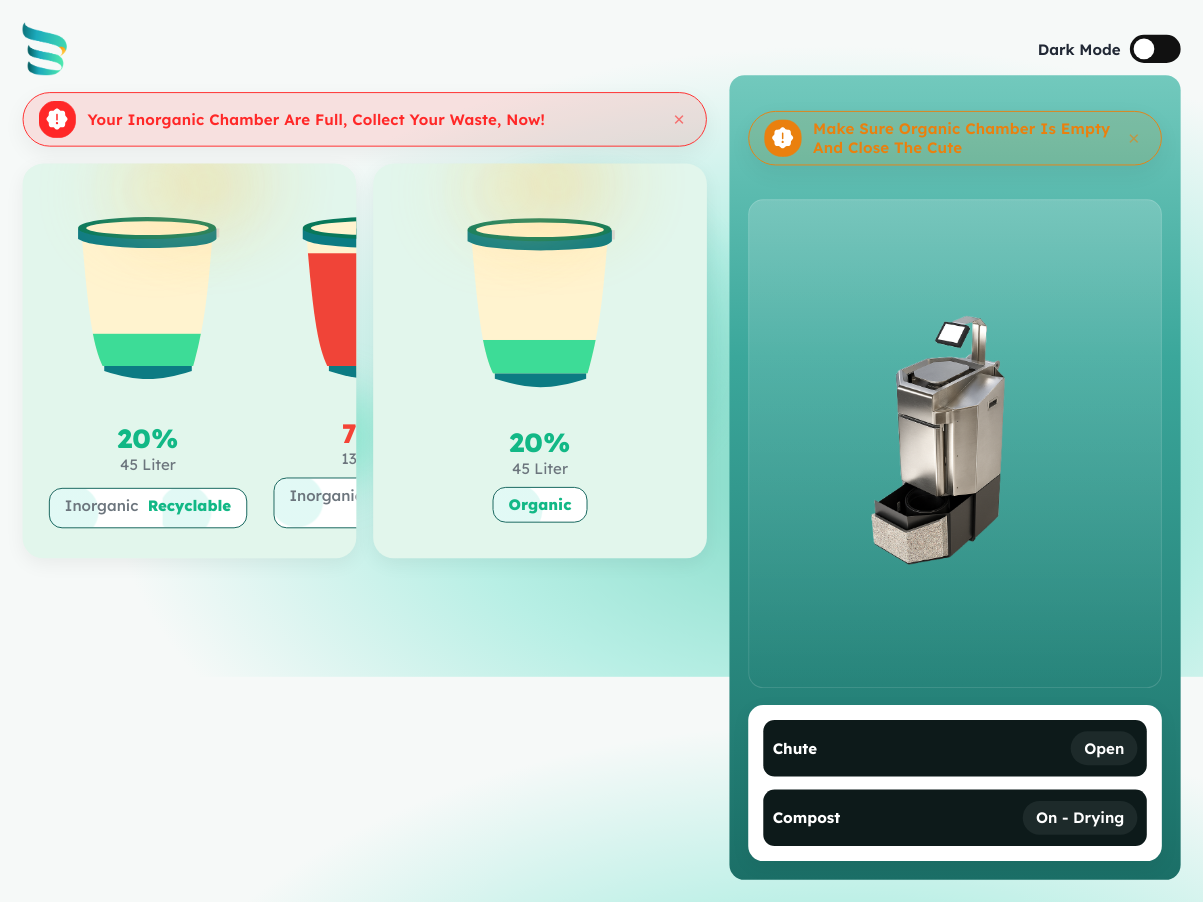
Repository: william-saputra/nusabin
Page: pages/homepage.html
An editor plug-in stored every save of this project. The page is shown before and after the next save, followed by the edit.
The browser window is 1280 px wide. The pictures show the whole page, at 94% of full size.
Backgrounds fixed to the window are drawn as part of the page.

Above is the page before, as saved 2025-08-12 23:27:22.

After the next save:
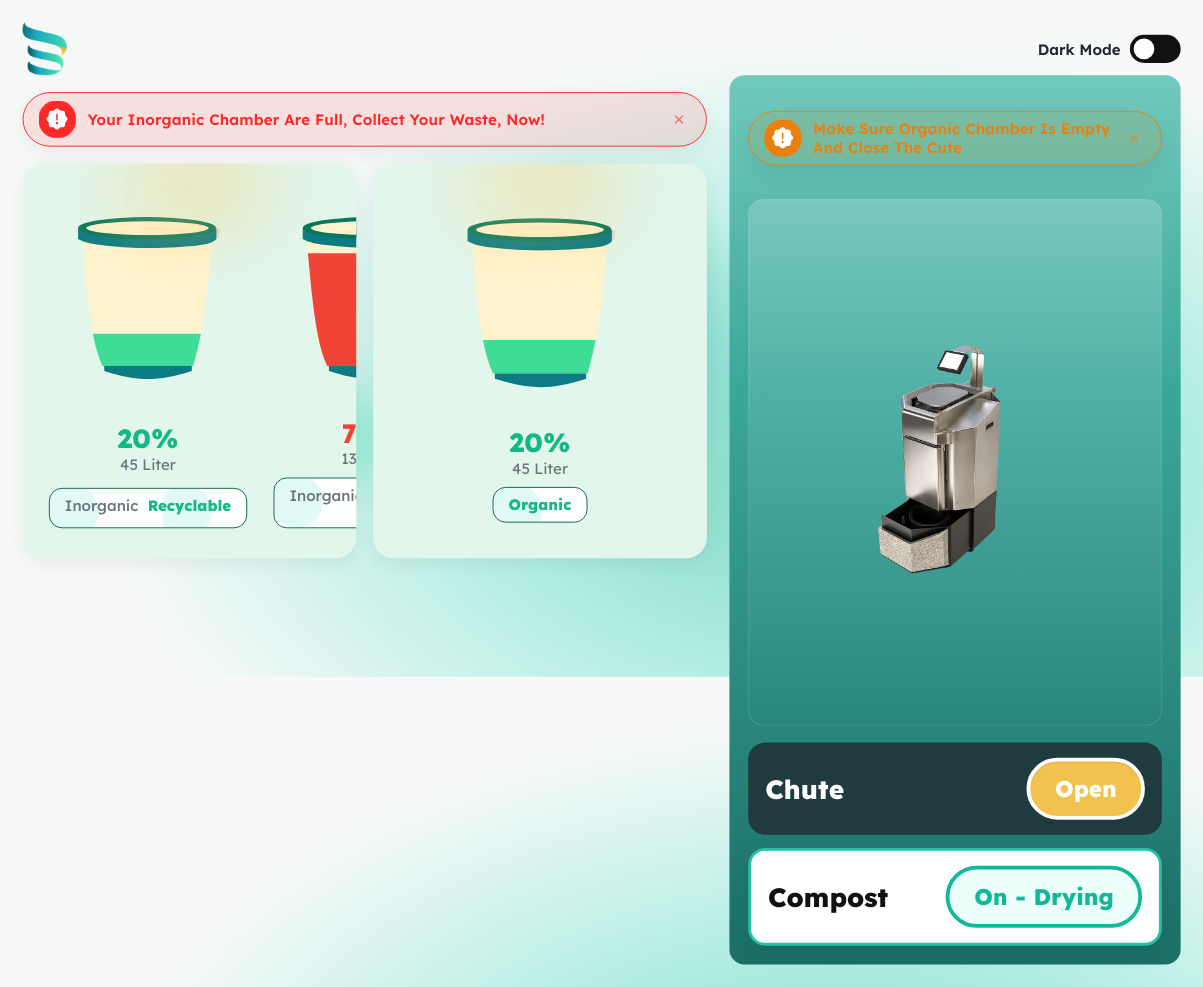
Saved 100 s later.
--- a/styles/base.css
+++ b/styles/base.css
@@ -79,15 +79,17 @@ input:checked + .slider:before { transform: translateX(24px); }
 
 .right-panel { display: grid; grid-template-rows: 1fr auto; gap: 18px; }
 .right-panel { background: linear-gradient(180deg, #72c9bd 0%, #3ba79b 35%, #1b6f67 100%); padding: 20px; border-radius: 16px; }
-.machine-wrapper { display: grid; place-items: center; background: linear-gradient(180deg, rgba(255,255,255,0.18), rgba(255,255,255,0)); border-radius: 16px; min-height: 520px; box-shadow: inset 0 0 0 1px rgba(255,255,255,0.15); }
-.machine { max-width: 100%; height: auto; object-fit: contain; }
+.machine-wrapper { display: grid; place-items: center; background: linear-gradient(180deg, rgba(255,255,255,0.18), rgba(255,255,255,0)); border-radius: 16px; min-height: 560px; box-shadow: inset 0 0 0 1px rgba(255,255,255,0.15); }
+.machine { max-width: 92%; height: auto; object-fit: contain; }
 
-.status-panel { background: var(--card); border-radius: 16px; padding: 16px; box-shadow: 0 6px 20px rgba(0,0,0,.06); display: grid; gap: 12px; }
-.status-row { display: flex; align-items: center; justify-content: space-between; padding: 12px 10px; background: #0d1a1a; border-radius: 12px; color: white; }
-.status-row .label { font-weight: 700; }
-.status-pill { background: #1d2a2a; border-radius: 999px; padding: 8px 14px; font-weight: 600; }
-.status-open { background: #ffd166; color: #3b2b00; }
-.status-on { background: #d8fff1; color: #0a8a70; }
+.status-panel { background: transparent; border-radius: 16px; padding: 0; display: grid; gap: 16px; }
+.status-row { display: flex; align-items: center; justify-content: space-between; padding: 16px 18px; border-radius: 18px; }
+.status-row .label { font-weight: 800; font-size: 28px; }
+.status-row.variant-dark { background: #1f3b3f; color: #ffffff; }
+.status-row.variant-light { background: #ffffff; color: #111; border: 3px solid #22c3a4; box-shadow: 0 8px 24px rgba(0,0,0,.08); }
+.status-pill { border-radius: 999px; padding: 14px 26px; font-weight: 800; font-size: 24px; }
+.pill-open { background: #f1c24e; color: #ffffff; border: 4px solid #ffffff; box-shadow: 0 2px 0 rgba(0,0,0,.06) inset; }
+.pill-on { background: #ecfffb; color: #12b89a; border: 4px solid #12b89a; }
 
 .clickable-area { cursor: pointer; }
 
